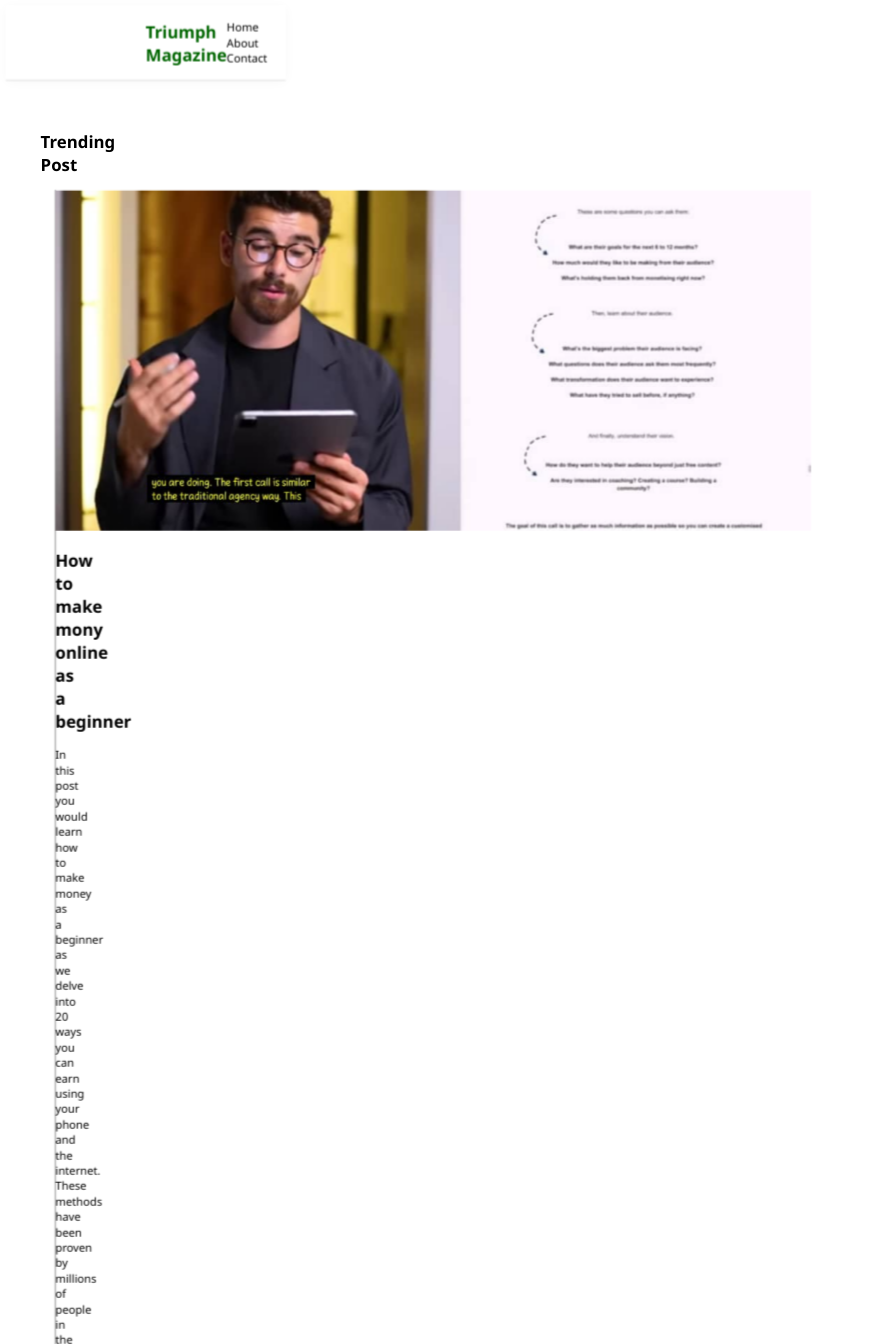
Repository: zikcolle/Triumph-Blog
Page: index.html
These files come from the project's save history. The page is drawn as it stood at one moment and after the next save; the edit follows.
The browser window is 1280 px wide. The pictures show the part of the page from y = 0 to 1920 px (the page is 10448 px tall before and 5674 px after), at 70% of full size.

Above is the page before, as saved 2026-06-21 14:33:16.

After the next save:
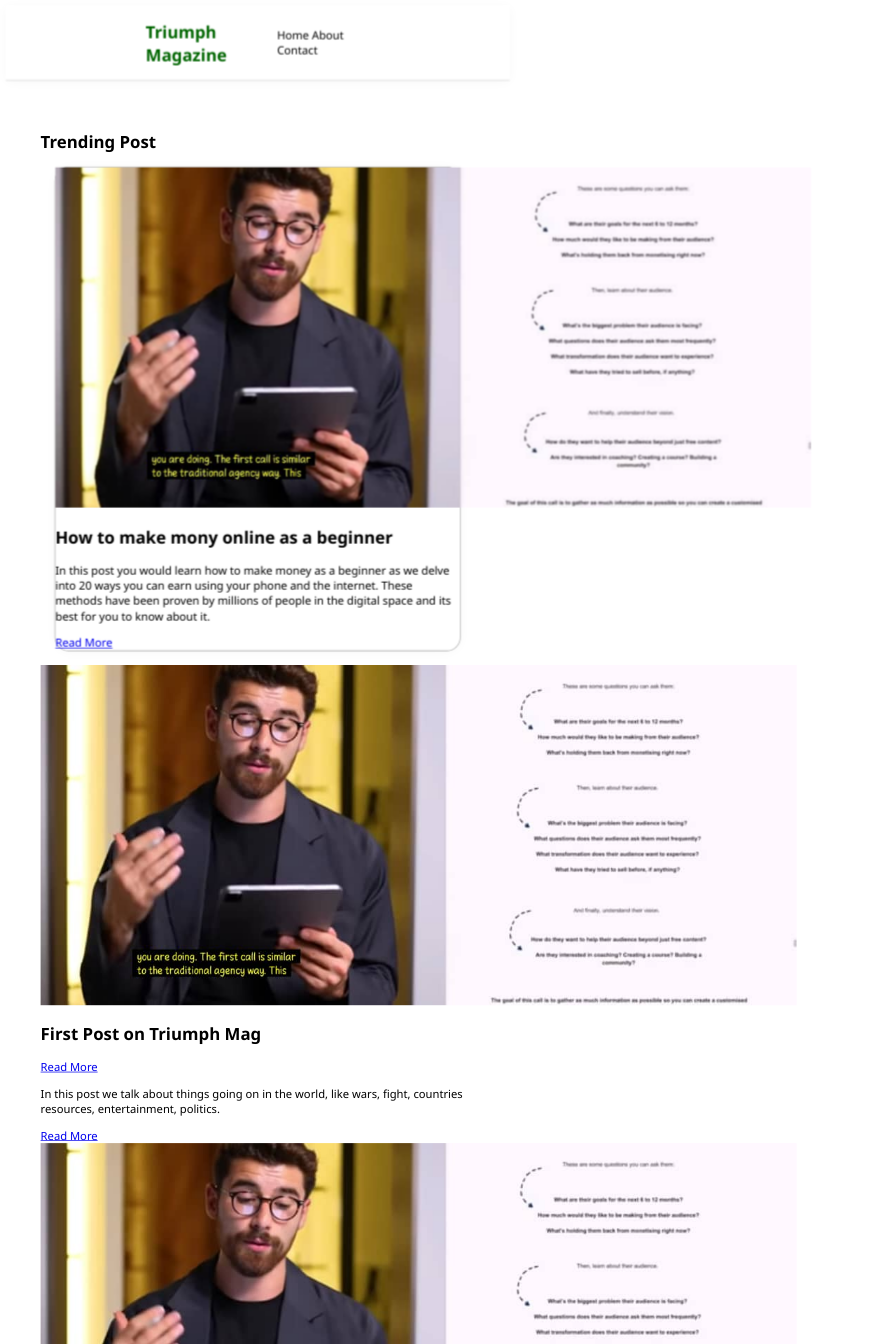
Saved 4 s later.
--- a/styles.css
+++ b/styles.css
@@ -2,7 +2,7 @@ body {
     background-color: rgb(255, 255, 255);
     color: rgb(0, 0, 0);
     font-family:'Segoe UI', Tahoma, Geneva, Verdana, sans-serif;
-    max-width: 10vh;
+    max-width: 100vh;
 }
 
 header {
